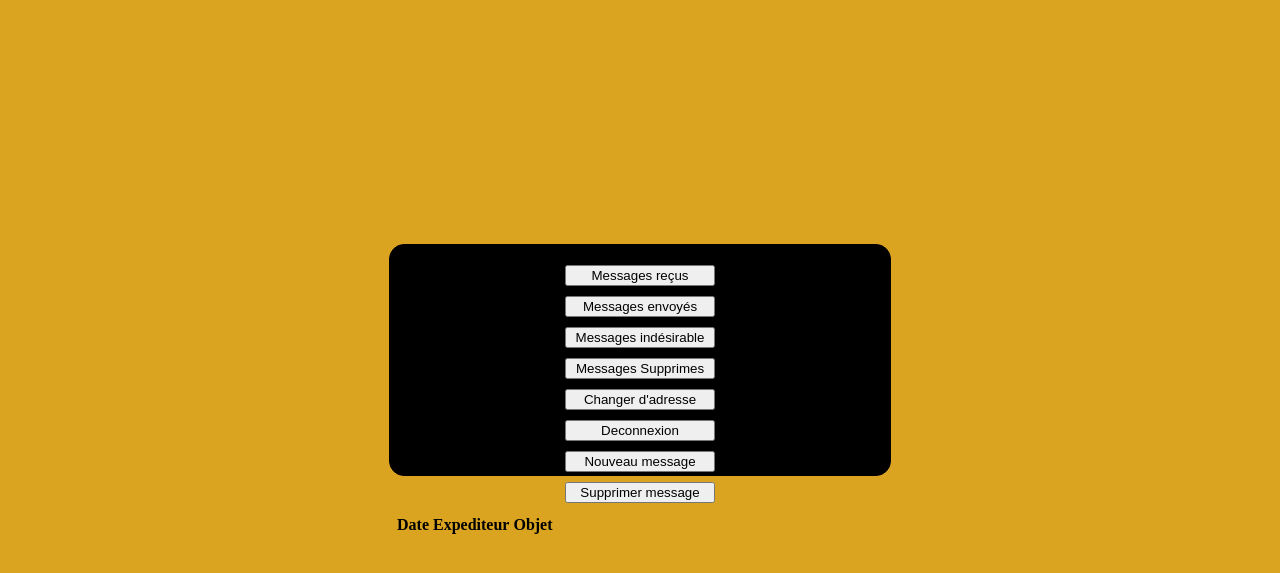
Repository: N1portekoi/JEE
Page: http://localhost/WebMail/JSP/MessagesSupprimes.jsp
These files come from the project's save history. The page is drawn as it stood at one moment and after the next save; the edit follows.
The browser window is 1280 px wide. The pictures show the whole page.
The page is served by Tomcat 9. Other server files are loaded and not shown.

Above is the page before, as saved 2017-01-12 03:36:45.

### WebMail/WebContent/JSP/MessagesSupprimes.jsp
<%@ taglib uri="http://java.sun.com/jsp/jstl/core" prefix="c" %>
<!DOCTYPE html>
<html>
<head>
<meta charset="utf-8">
<title>Web Mail - Messages supprimés</title>
<link type="text/css" rel="stylesheet" href="CSS/MessagesSupprimes.css" />
</head>
<body>
	<div id="main">
		<%@include file="includes/Menu.jsp" %>
		<div id="tools">
			<form method="GET" action="Adresses">
				<input type="submit"   value="Nouveau message" />
			</form>
			<form method="POST" action="Connexion">
				<input type="submit"   value="Supprimer message" />
			</form>
		</div>
		<form method="GET" action="MessagesRecus">
			<div id="messages">
				<table>
					<tr>
						<th class="checkbox"></th>
						<th class="date">Date</th>
						<th class="expediteur">Expediteur</th>
						<th class="objet">Objet</th>
					</tr>
					<c:forEach items="${messages}" var="message">
						<tr>
							<td class="checkbox"><input type="checkbox" name="${message.id}"></td>
							<td class="date">${message.date}</td>
							<td class="expediteur">${message.expediteur}</td>
							<td class="objet">${message.objet}</td>
						</tr>
					</c:forEach>
				</table>
			</div>
		</form>
	</div>
</body>
</html>

### WebMail/WebContent/JSP/includes/Menu.jsp
<div id="menu">
	<p>${sessionScope.utilisateur.prenom}</p>
	<p>${sessionScope.utilisateur.nom}</p>
	<p>${sessionScope.adresse}</p>
	<form method="POST" action="MessagesRecus">
		<input type="submit"   value="Messages reçus" />
	</form>
	<form method="POST" action="MessagesEnvoyes">
		<input type="submit"   value="Messages envoyés" />
	</form>
	<form method="POST" action="MessagesIndesirables">
		<input type="submit"   value="Messages indésirable" />
	</form>
	<form method="POST" action="MessagesSupprimes">
		<input type="submit"   value="Messages Supprimes" />
	</form>
	<form method="POST" action="Adresses">
		<input type="submit"   value="Changer d'adresse" />
	</form>
	<form method="GET" action="Connexion">
		<input type="submit"   value="Deconnexion" />
	</form>
</div>

### WebMail/WebContent/CSS/MessagesSupprimes.css
body
{
	background-color : #daa420;
}

#main
{
	border : black 1px solid;
	background-color : #000000;
	height : 230px;
	width : 500px;
	margin-left: auto;
	margin-right: auto;
	margin-top: 50vh;
  	transform: translateY(-50%);
  	border-radius : 15px;
}

#message
{
	display: inline-block;
	background-color : #000000;
	color : #ffffff;
	text-align : center;
	position : absolute;
	top : 50px;
	left : 50px;
}

p
{
	text-align : center;
	font-size : 35px;
	margin-top : 20px;
	margin-bottom : 20px;
	color : #ffffff;
}

form
{
	text-align : center;
}

input
{
	margin-bottom : 10px;
}

input[type="text"], input[type="password"]
{
	border-radius : 10px;
	width : 205px;
	height : 20px;
	font-size : 15px;
}

input[type="submit"]
{
	width : 150px;
}

After the next save:
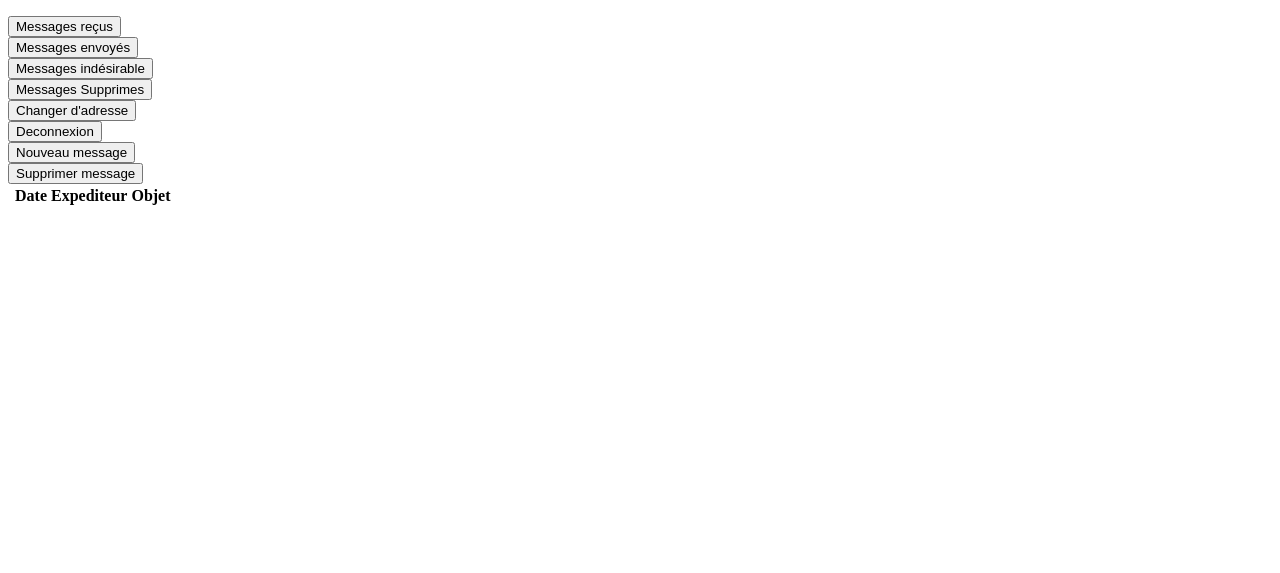
Saved 12 h 24 min later.
--- a/WebMail/WebContent/JSP/MessagesSupprimes.jsp
+++ b/WebMail/WebContent/JSP/MessagesSupprimes.jsp
@@ -4,7 +4,6 @@
 <head>
 <meta charset="utf-8">
 <title>Web Mail - Messages supprimés</title>
-<link type="text/css" rel="stylesheet" href="CSS/MessagesSupprimes.css" />
 </head>
 <body>
 	<div id="main">

After the save that followed:
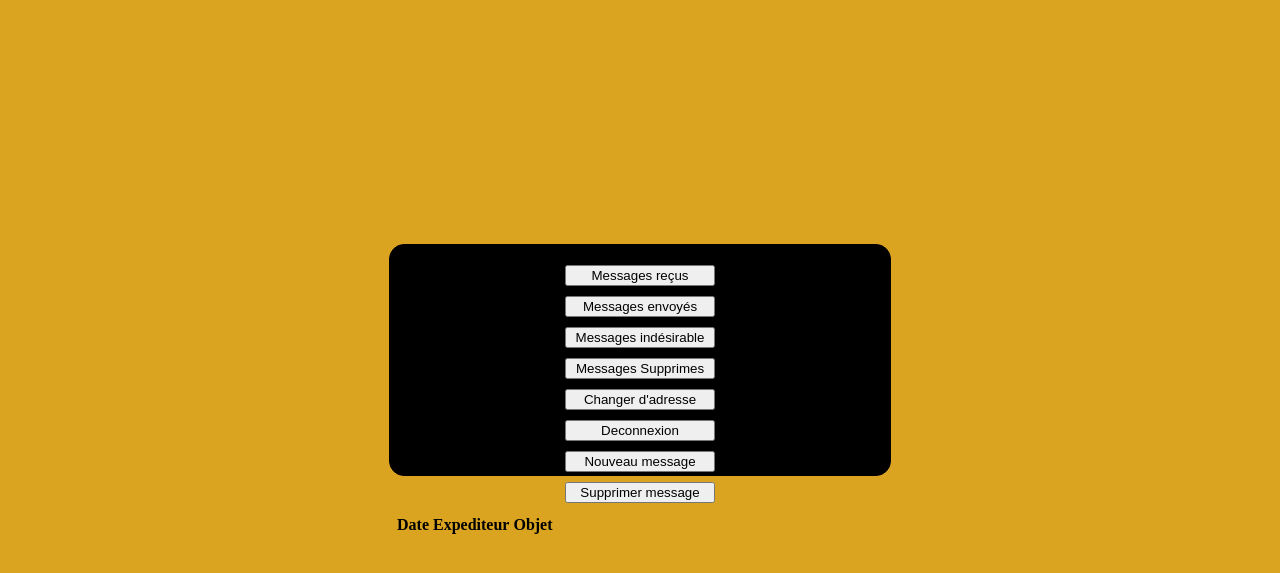
Saved 24 s later.
--- a/WebMail/WebContent/JSP/MessagesSupprimes.jsp
+++ b/WebMail/WebContent/JSP/MessagesSupprimes.jsp
@@ -4,6 +4,7 @@
 <head>
 <meta charset="utf-8">
 <title>Web Mail - Messages supprimés</title>
+<link type="text/css" rel="stylesheet" href="CSS/MessagesSupprimes.css" />
 </head>
 <body>
 	<div id="main">
